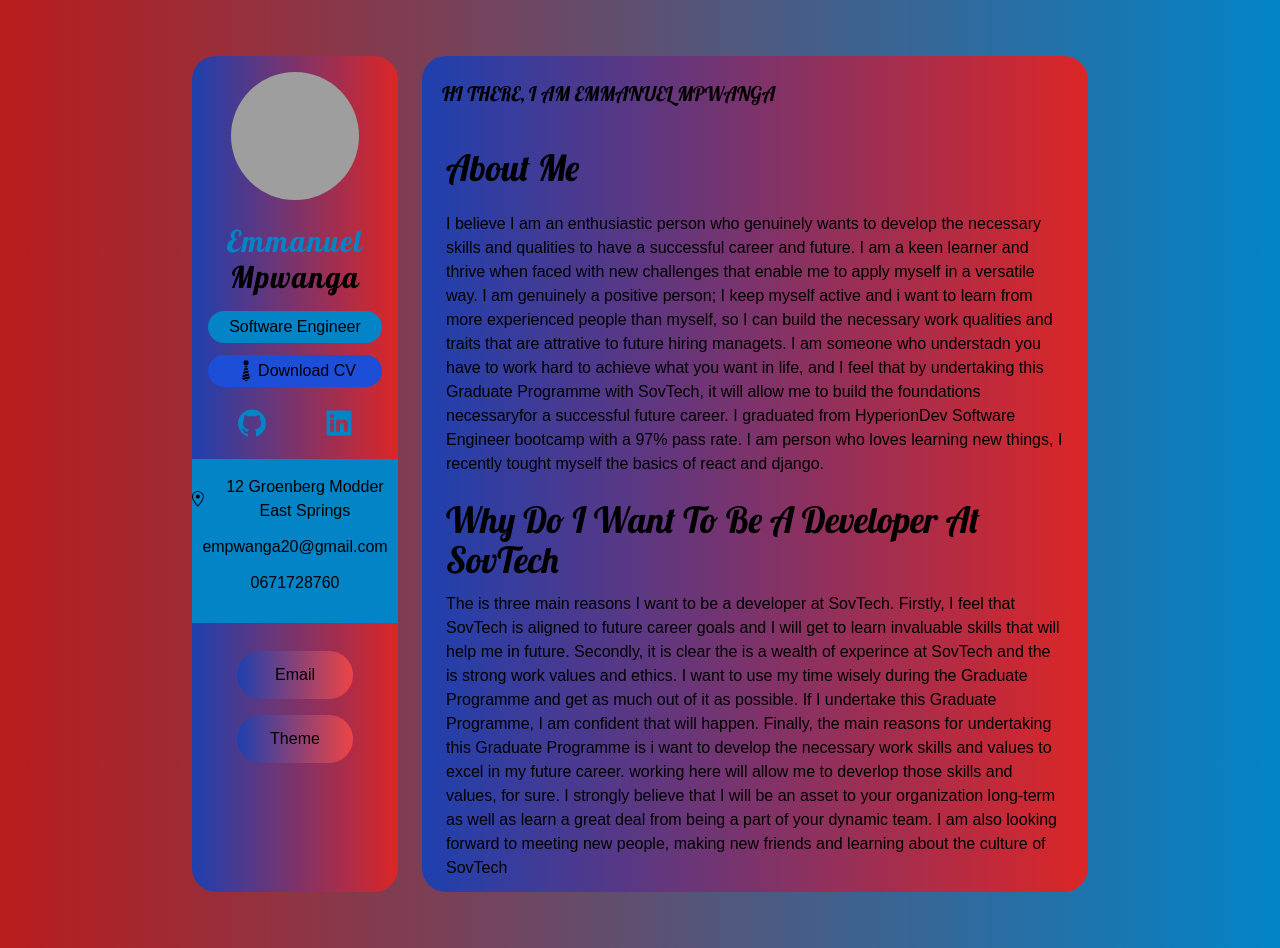
Repository: mannympwanga/portfolio
Page: /
These files come from the project's save history. The page is drawn as it stood at one moment and after the next save; the edit follows.
The browser window is 1280 px wide. The pictures show the whole page.
Pictures or frames that could not be fetched are drawn as grey boxes. The project was rebuilt for these pictures with package versions that can differ from the ones it lists, and the page was loaded fresh each time. The framework's server and built-in components were replaced by stand-ins that run in the browser. Also part of the build but not shown: next.config.js.

Above is the page before, as saved 2021-11-24 23:14:11.

After the next save:
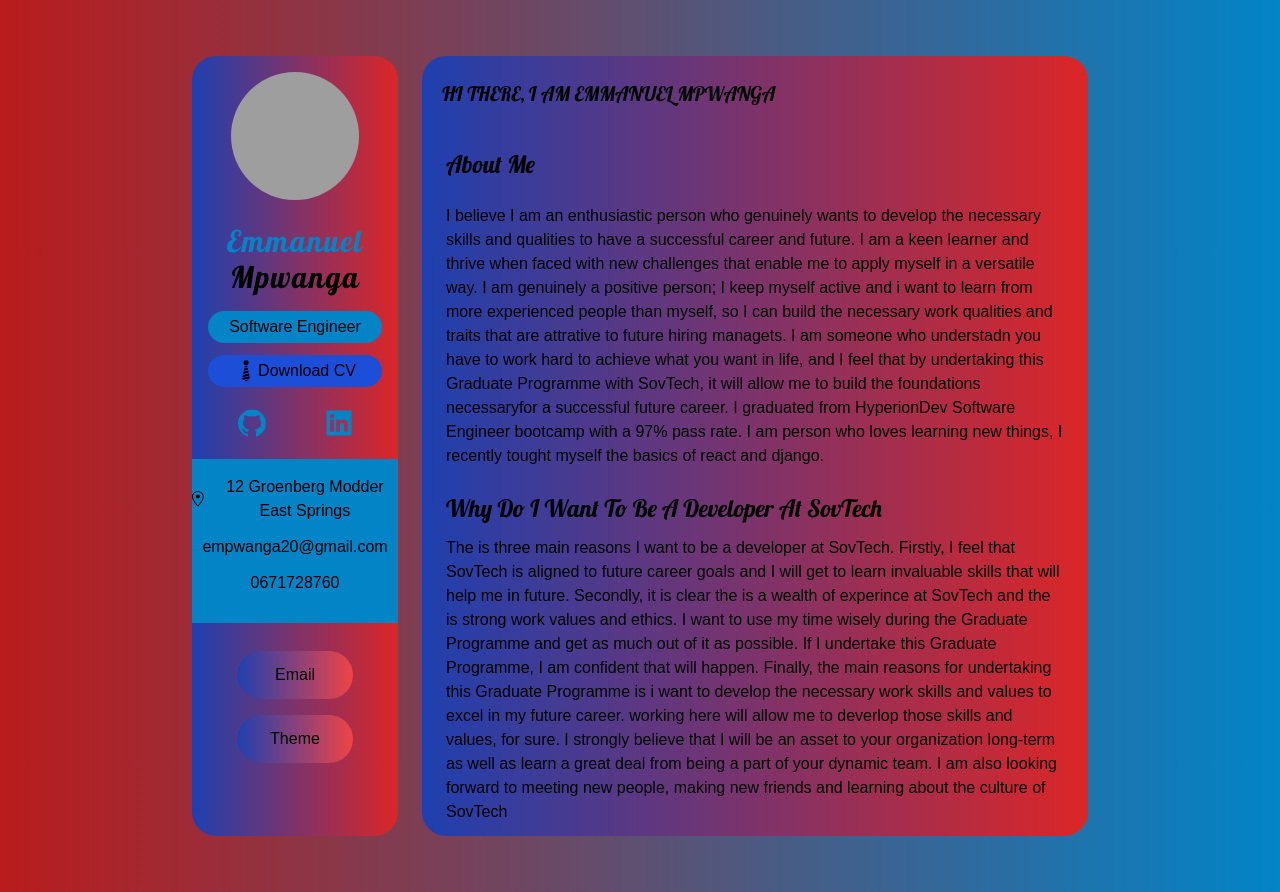
Saved 30 s later.
--- a/pages/index.tsx
+++ b/pages/index.tsx
@@ -1,7 +1,7 @@
 export const index = () => {
   return (
     <div className='flex flex-col px-6 pt-1'>
-      <h1 className='my-3 text-4xl font-Lobster'>About Me</h1>
+      <h1 className='my-3 text-2xl font-Lobster'>About Me</h1>
       <p className='my-3 font-medium'>
         I believe I am an enthusiastic person who genuinely wants to develop
         the necessary skills and qualities to have a successful career and future.
@@ -18,7 +18,7 @@
       </p>
 
       <div>
-        <h1 className='my-3 text-4xl font-Lobster'>Why Do I Want To Be A Developer At SovTech</h1>
+        <h1 className='my-3 text-2xl font-Lobster'>Why Do I Want To Be A Developer At SovTech</h1>
         <p className='my-3 font-medium'>
           The is three main reasons I want to be a developer at SovTech. Firstly, I feel that SovTech
           is aligned to future career goals and I will get to learn invaluable skills that will help me in future.
